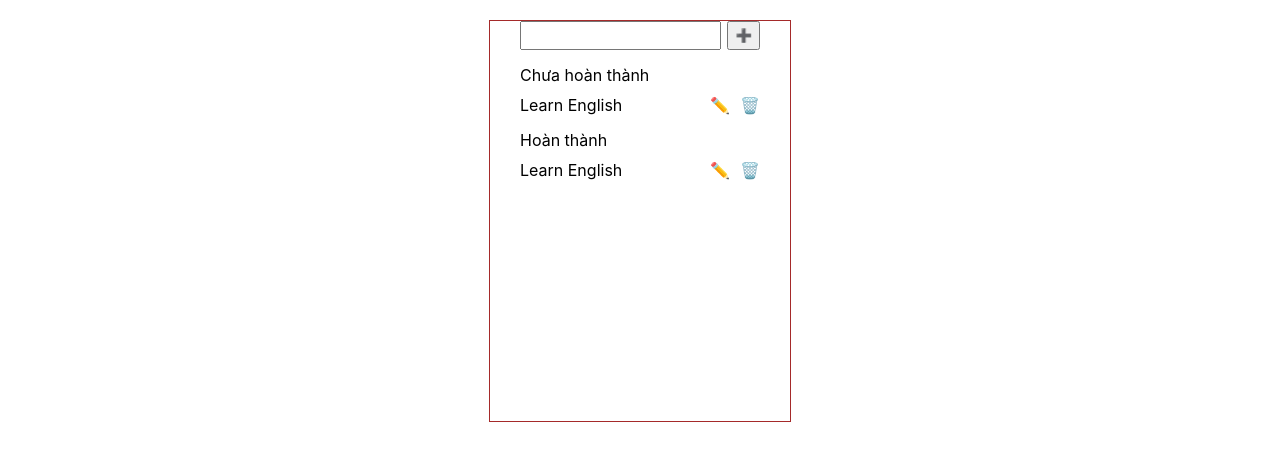
Repository: ChauVanLoc/TodoList-Reactjs
Page: / (app in todo-app/)
An editor plug-in stored every save of this project. The page is shown before and after the next save, followed by the edit.
The browser window is 1280 px wide. The pictures show the whole page.
The project was rebuilt for these pictures with package versions that can differ from the ones it lists, and the page was loaded fresh each time.

Above is the page before, as saved 2022-12-04 19:46:58.

After the next save:
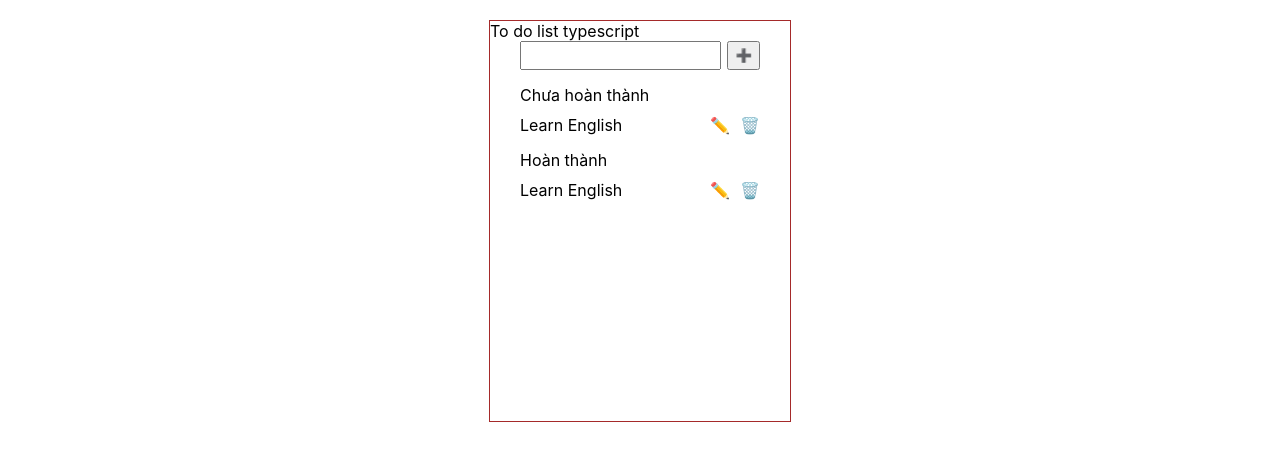
Saved 2 min 13 s later.
--- a/todo-app/src/components/TodoList/TodoList.tsx
+++ b/todo-app/src/components/TodoList/TodoList.tsx
@@ -8,6 +8,7 @@ type Props = {};
 function TodoList({}: Props) {
   return (
     <div className={TodoStyle["container"]}>
+      <div>To do list typescript</div>
       <TaskInput />
       <div>
         <TaskList title="Chưa hoàn thành" />
